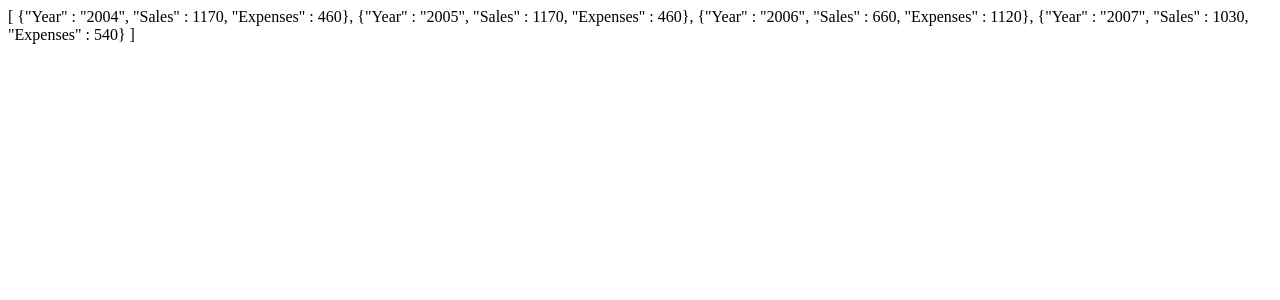
Repository: KYEONGWON-KIM/Project
Page: http://localhost/step02_axiosResponse/axiosPost.jsp
The author's editor kept a copy of each file at every save. The page is drawn from the files as they stood at one save, then again after the next save.
The browser window is 1280 px wide. The pictures show the whole page.
The page is served by Tomcat 9.

Above is the page before, as saved 2019-09-03 07:48:44.

After the next save:
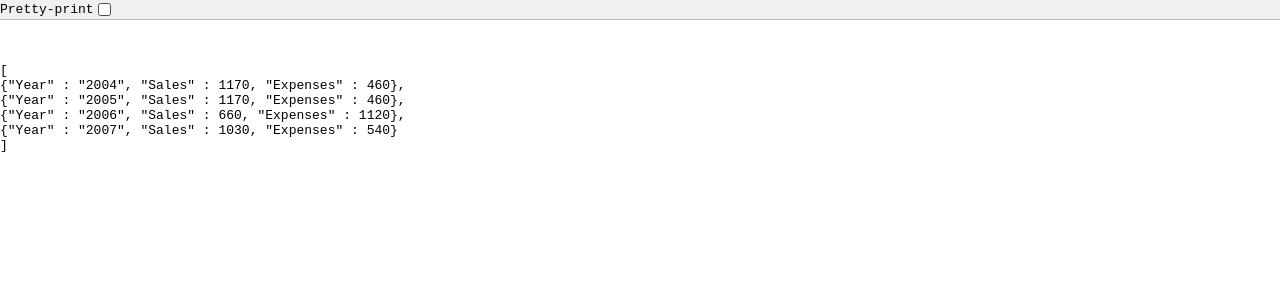
Saved 16 h 31 min later.
--- a/04.JavaScript/step02_axiosResponse/WebContent/axiosPost.jsp
+++ b/04.JavaScript/step02_axiosResponse/WebContent/axiosPost.jsp
@@ -1,4 +1,4 @@
-<%@ page language="java" contentType="text/html; charset=UTF-8"
+<%@ page language="java" contentType="application/json; charset=UTF-8"
     pageEncoding="UTF-8"%>
 <% response.setHeader("Access-Control-Allow-Origin", "*"); %>
 [
